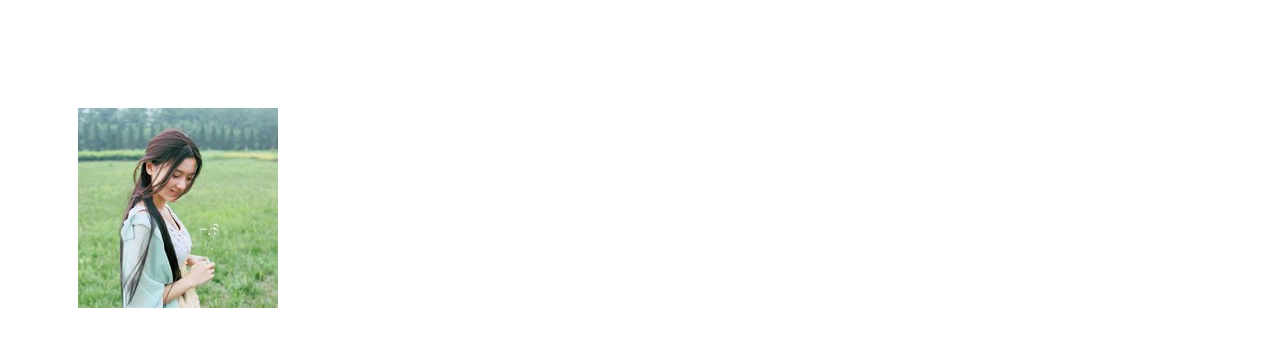
Repository: BlueLionycb/study-demo
Page: canvas-demo/src/index16.html
The author's editor kept a copy of each file at every save. The page is drawn from the files as they stood at one save, then again after a run of saves.
The browser window is 1280 px wide. The pictures show the whole page.

Above is the page before, as saved 2020-01-26 23:28:10.

After the next 2 saves:
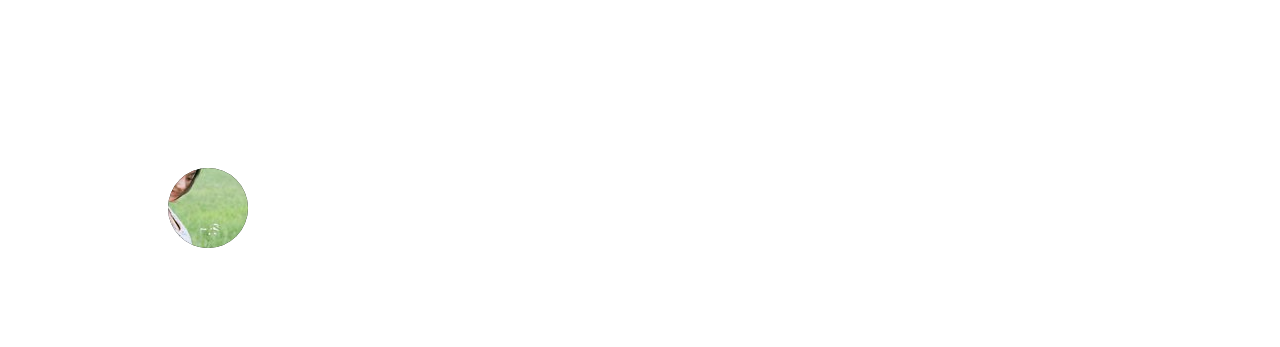
The 2 saves are shown as one change because they came seconds apart.
The last was saved 7 s later.
--- a/canvas-demo/src/index16.html
+++ b/canvas-demo/src/index16.html
@@ -23,7 +23,7 @@
                 ctx.beginPath();
                 ctx.arc(200,200,40,0,Math.PI*2)
                 ctx.fill()
-
+                ctx.clip()
                 ctx.drawImage(this,70,100)
             }
         }
